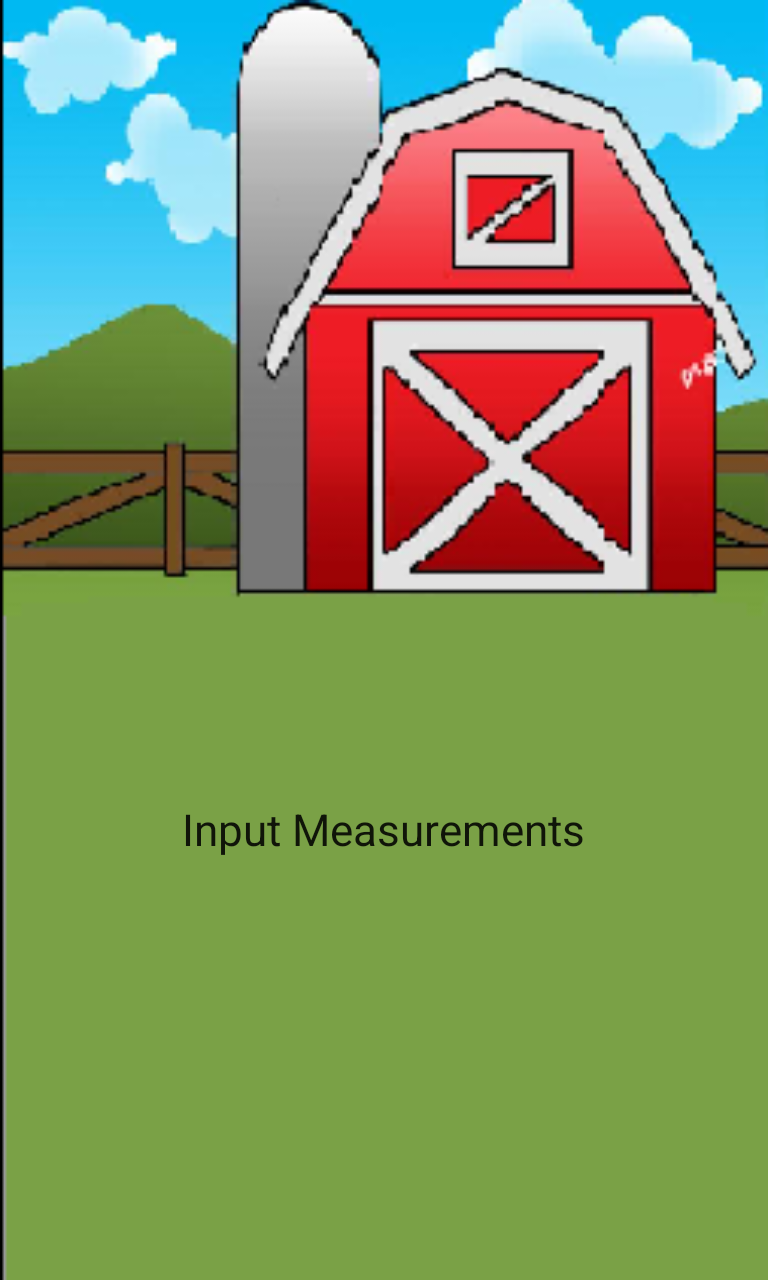
Repository: jdmielke/AnimalApp
Layout: AWEA/res/layout/measurements.xml
These files come from the project's save history. The layout is drawn as it stood at one moment and after the next save; the edit follows.
It is drawn on a 768 x 1280 px phone screen (xhdpi) without system bars, with theme AppTheme; the app's code is not run.

Above is the layout before, as saved 2014-10-15 23:57:50.

### AWEA/res/layout/measurements.xml
<?xml version="1.0" encoding="utf-8"?>
<RelativeLayout xmlns:android="http://schemas.android.com/apk/res/android"
    xmlns:tools="http://schemas.android.com/tools"
    android:layout_width="match_parent"
    android:layout_height="match_parent"
    android:paddingBottom="@dimen/activity_vertical_margin"
    android:paddingLeft="@dimen/activity_horizontal_margin"
    android:paddingRight="@dimen/activity_horizontal_margin"
    android:paddingTop="@dimen/activity_vertical_margin"
    tools:context="com.example.awea.MainActivity"
    android:background="@drawable/app_background">

    <TextView
        android:id="@+id/textView1"
        android:layout_width="wrap_content"
        android:layout_height="wrap_content"
        android:layout_alignParentBottom="true"
        android:layout_centerHorizontal="true"
        android:layout_marginBottom="195dp"
        android:text="Input Measurements"
        android:textAppearance="?android:attr/textAppearanceLarge" />

</RelativeLayout>

Loaded but not shown: AWEA/res/values/styles.xml (common file); AWEA/res/values-v11/styles.xml (common file); AWEA/res/values-v14/styles.xml (common file); AWEA/res/values/dimens.xml (common file); AWEA/res/values-w820dp/dimens.xml (common file)

After the next save:
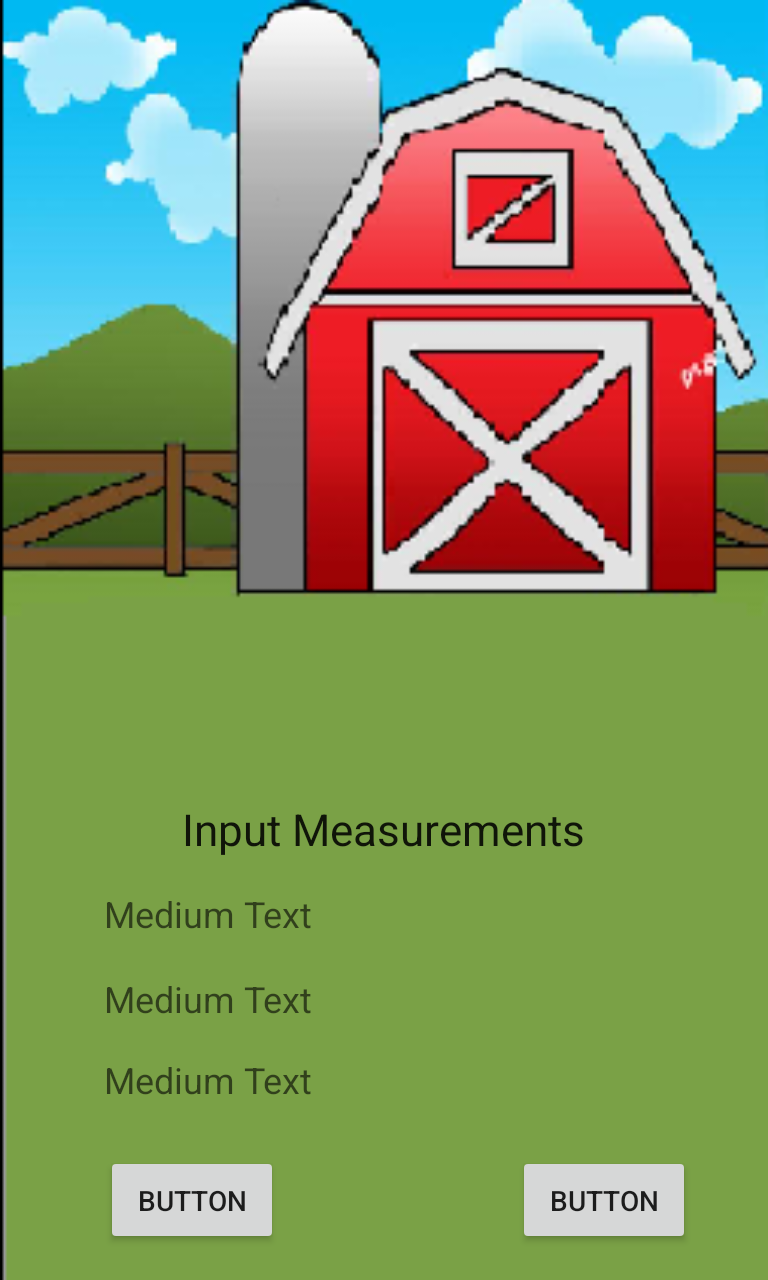
Saved 69 s later.
--- a/AWEA/res/layout/measurements.xml
+++ b/AWEA/res/layout/measurements.xml
@@ -20,4 +20,54 @@
         android:text="Input Measurements"
         android:textAppearance="?android:attr/textAppearanceLarge" />
 
+    <TextView
+        android:id="@+id/textView2"
+        android:layout_width="wrap_content"
+        android:layout_height="wrap_content"
+        android:layout_alignParentLeft="true"
+        android:layout_alignTop="@+id/textView1"
+        android:layout_marginLeft="36dp"
+        android:layout_marginTop="45dp"
+        android:text="Medium Text"
+        android:textAppearance="?android:attr/textAppearanceMedium" />
+
+    <TextView
+        android:id="@+id/textView3"
+        android:layout_width="wrap_content"
+        android:layout_height="wrap_content"
+        android:layout_alignRight="@+id/textView2"
+        android:layout_below="@+id/textView2"
+        android:layout_marginTop="18dp"
+        android:text="Medium Text"
+        android:textAppearance="?android:attr/textAppearanceMedium" />
+
+    <TextView
+        android:id="@+id/textView4"
+        android:layout_width="wrap_content"
+        android:layout_height="wrap_content"
+        android:layout_alignRight="@+id/textView3"
+        android:layout_below="@+id/textView3"
+        android:layout_marginTop="16dp"
+        android:text="Medium Text"
+        android:textAppearance="?android:attr/textAppearanceMedium" />
+
+    <Button
+        android:id="@+id/button1"
+        android:layout_width="wrap_content"
+        android:layout_height="wrap_content"
+        android:layout_alignParentBottom="true"
+        android:layout_alignParentRight="true"
+        android:layout_marginRight="22dp"
+        android:text="Button" />
+
+    <Button
+        android:id="@+id/button2"
+        android:layout_width="wrap_content"
+        android:layout_height="wrap_content"
+        android:layout_alignBaseline="@+id/button1"
+        android:layout_alignBottom="@+id/button1"
+        android:layout_alignParentLeft="true"
+        android:layout_marginLeft="36dp"
+        android:text="Button" />
+
 </RelativeLayout>
